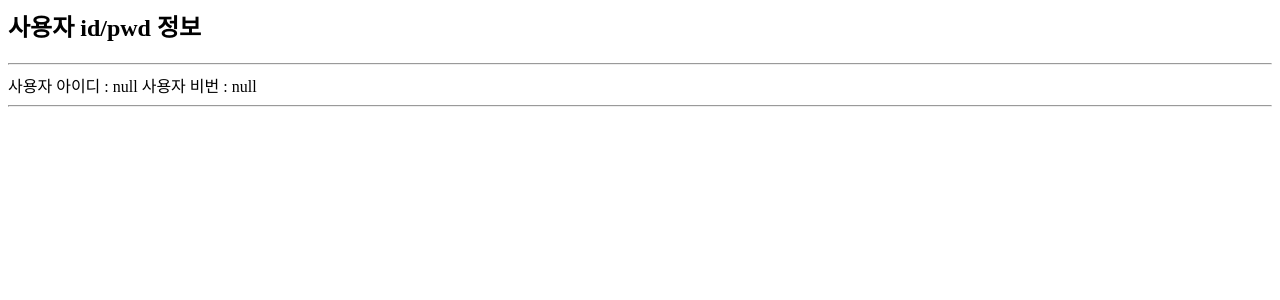
Repository: LTaeHoon/javajsp_ncs
Page: http://localhost/chap01_Jsp_Servlet/LoginServlet
An editor plug-in stored every save of this project. The page is shown before and after the next save, followed by the edit.
The browser window is 1280 px wide. The pictures show the whole page.
The page is served by Tomcat 9.

Above is the page before, as saved 2017-01-10 07:53:36.

### chap01_Jsp_Servlet/src/LoginServlet.java


import java.io.IOException;
import java.io.PrintWriter;

import javax.servlet.ServletException;
import javax.servlet.annotation.WebServlet;
import javax.servlet.http.HttpServlet;
import javax.servlet.http.HttpServletRequest;
import javax.servlet.http.HttpServletResponse;

/**
 * Servlet implementation class LoginServlet
 */
@WebServlet("/LoginServlet")
public class LoginServlet extends HttpServlet {
	private static final long serialVersionUID = 1L;

    /**
     * @see HttpServlet#HttpServlet()
     */
    public LoginServlet() {
        super();
        // TODO Auto-generated constructor stub
    }

	/**
	 * @see HttpServlet#doGet(HttpServletRequest request, HttpServletResponse response)
	 */
	protected void doGet(HttpServletRequest request, HttpServletResponse response) throws ServletException, IOException {
		// method = "get" 데이터 전송 방식 데이터 처리 메서드
		//request : 사용자 요청 정보 처리
		//response : 사용자 요청에 대한 응답 정보 처리

		// 1. 사용자 데이터 받기 (id,pwd)
		String id = request.getParameter("id");
		String pwd = request.getParameter("pwd");

		// 2. id/pwd 출력하기
		response.setContentType("text/html;charset=UTF-8");
		// 브라우저에 출력할 out 객체 생성
		PrintWriter out = response.getWriter();
		// println()함수로 출력
		out.println("<h2> 사용자 id/pwd 정보</h2>");
		out.println("<hr>"); //선그리기 태그
		out.println("사용자 아이디 : "+id);
		out.println("사용자 비번 : "+pwd);
		out.println("<hr>");
	}

	/**
	 * @see HttpServlet#doPost(HttpServletRequest request, HttpServletResponse response)
	 */
	protected void doPost(HttpServletRequest request, HttpServletResponse response) throws ServletException, IOException {
		// TODO Auto-generated method stub
		doGet(request, response);
	}

}

After the next save:
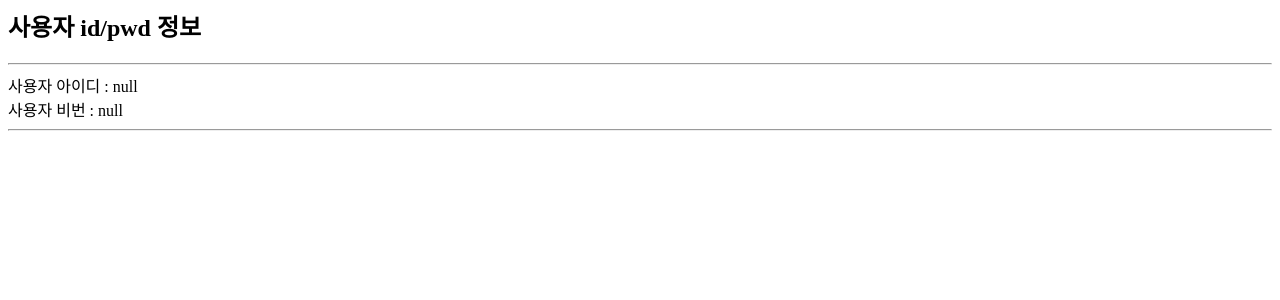
Saved 119 s later.
--- a/chap01_Jsp_Servlet/src/LoginServlet.java
+++ b/chap01_Jsp_Servlet/src/LoginServlet.java
@@ -43,7 +43,7 @@ public class LoginServlet extends HttpServlet {
 		// println()함수로 출력
 		out.println("<h2> 사용자 id/pwd 정보</h2>");
 		out.println("<hr>"); //선그리기 태그
-		out.println("사용자 아이디 : "+id);
+		out.println("사용자 아이디 : "+id+"<br>");
 		out.println("사용자 비번 : "+pwd);
 		out.println("<hr>");
 	}
